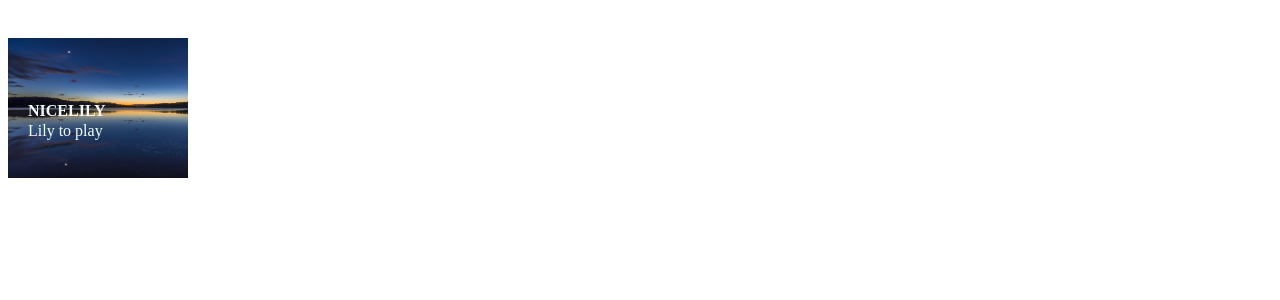
Repository: northpx/animation
Page: index.html
The author's editor kept a copy of each file at every save. The page is drawn from the files as they stood at one save, then again after a run of saves.
The browser window is 1280 px wide. The pictures show the whole page.
The pointer rests on the first visible `.container`.

Above is the page before, as saved 2022-12-19 20:56:35.

### index.html
<!DOCTYPE html>
<html lang="en">
<head>
    <meta charset="UTF-8">
    <meta http-equiv="X-UA-Compatible" content="IE=edge">
    <meta name="viewport" content="width=device-width, initial-scale=1.0">
    <link rel="stylesheet" href="style.css">
    <title>Document</title>
</head>
<body>
        <!-- <div class="box1">box1</div>
        <div class="box2">
            <div class="box_child"></div>
        </div>
        <div class="box3">box3</div>
        <div class="box4">box4</div>

        <div class="box_circle">

        </div>
        <div class="box_skew"></div> -->

        <div class="container">
            <img src="nature_lake_sunset_landscape_ultrahd_4k_wallpaper_3840x2160.jpg" alt="" class="image">
            <div class="content1">
                <p class="p1">NICELILY</p>
                <p class="p2">Lily to play</p>
            </div>
        </div>
</body>
</html>

### style.css
/* .box1{
    width: 100px;
    height: 100px;
    background-color: aqua;
    transform: rotateX(45deg);
}

.box2{
    width: 100px;
    height: 100px;
    background-color: bisque;
    transform: rotateY(-45deg);
}

.box3{
    width: 100px;
    height: 100px;
    background-color: blueviolet;
    transform: rotate(180deg);
} */
/* .box1{
    width: 100px;
    height: 100px;
    background-color: yellowgreen;
    transform: translateX(100px);
}

.box2{
    width: 200px;
    height: 200px;
    background-color: yellowgreen;
    position: relative;
}
.box_child{
    position: absolute;
    width: 20px;
    height: 20px;
    background-color: black;
    top: 50%;
    left: 50%;
    transform: translate(-50%, -50%);
}

.box3{
    width: 100px;
    height: 100px;
    background-color: antiquewhite;
    transform: translateY(100px);
}
.box4{
    width: 100px;
    height: 100px;
    background-color:  beige;
    transform: translateX(-50px);
}

.box_circle{
    width: 100px;
    height: 100px;
    background-color: blueviolet;
    border-radius: 50%;
    scale: 1;
    transition: all 0.3s ease-in-out;
}

.box_circle:hover{
    scale: 1.5;
}

.box_skew{
    width: 100px;
    height: 100px;
    background-color: bisque;
    /* transform: skewX(45deg); */
    /* transform: skew(50deg, 0deg);
/* } */

/* .box{
    width: 100px;
    height: 100px;
    background-color: aquamarine;
    margin: 50px;
    perspective: 300px;
    position: relative;
}
.box_child{
    width: 20px;
    height: 20px;
    background-color: blueviolet;
    top: 50%;
    left: 50%;
    position: absolute;
}

.box_child:hover{
    transform: translateZ(100px);
} */
.container{
    width: 180px;
    height: 200px;
    overflow: hidden;
    position: relative;
}

 .image{
    width: 250px;
    height: 200px;
    object-fit: contain;
    transform: translateX(-20px);
    transition: all .5s linear;
    opacity: 0.5;
}

.container:hover .image{
    transform: translateX(0px);
    opacity: 1;
}

.content1 .p1{
    position: absolute;
    color: whitesmoke;
    top: 100px;
    left: 20px;
    transition: all 1s ease-in;
    font-weight: bold;
    opacity: 1;
}

.content1 .p2{
    position: absolute;
    color: azure;
    top: 120px;
    left: 20px;
    visibility: hidden;
    opacity: 0;
    transition: all 1s ease-in;
}

.container:hover .content1 p{
    transform: translateY(-22px);
    visibility: visible;
    opacity: 1;
}

After the next 2 saves:
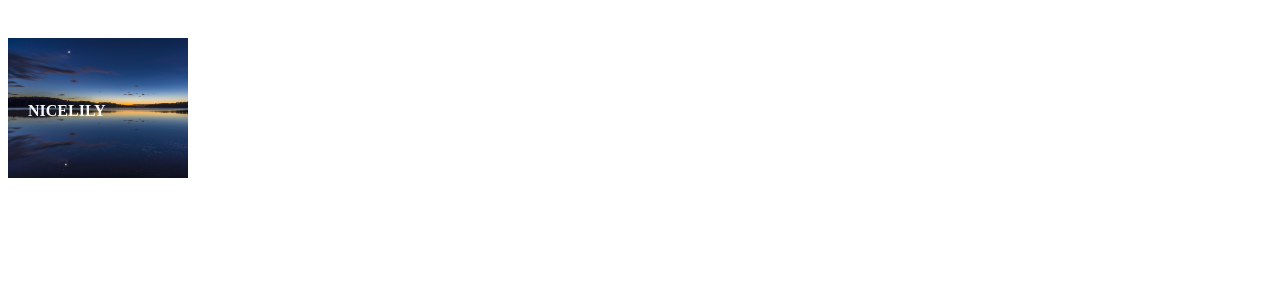
The 2 saves are shown as one change because they came seconds apart.
The last was saved 7 s later.
--- a/style.css
+++ b/style.css
@@ -136,7 +136,7 @@
     transition: all 1s ease-in;
 }
 
-.container:hover .content1 p{
+.container:hover .content1 .p1{
     transform: translateY(-22px);
     visibility: visible;
     opacity: 1;
